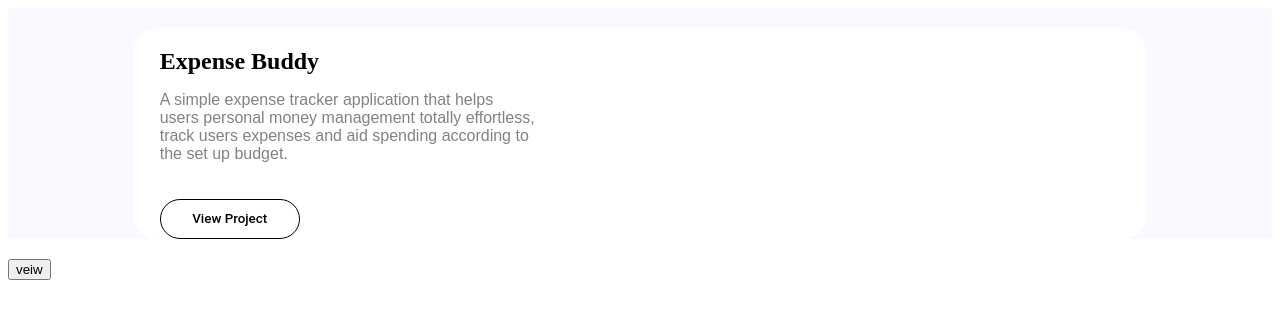
Repository: adehope1/My_Portfoilo
Page: port/assest/index2.html
The author's editor kept a copy of each file at every save. The page is drawn from the files as they stood at one save, then again after a run of saves.
The browser window is 1280 px wide. The pictures show the whole page.

Above is the page before, as saved 2024-09-01 22:15:58.

After the next 3 saves:
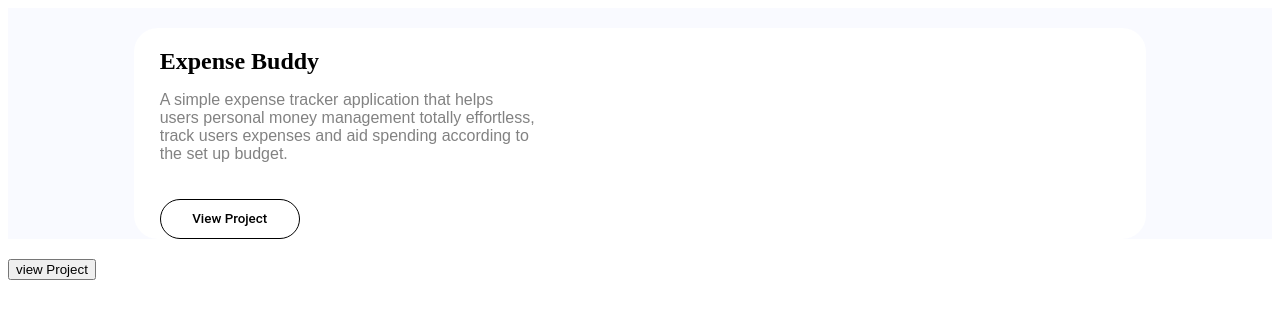
The 3 saves are shown as one change because they came seconds apart.
The last was saved 12 s later.
--- a/port/assest/index2.html
+++ b/port/assest/index2.html
@@ -33,7 +33,7 @@
                     <p id="expe1">
 
                     </p>
-                    <a href="https://github.com/Koded247/Responsive-testimonial-grids.git"><button>veiw</button></a>
+                    <a href="https://github.com/Koded247/Responsive-testimonial-grids.git"><button>view Project</button></a>
                 </div>
             </div>
         </div>
